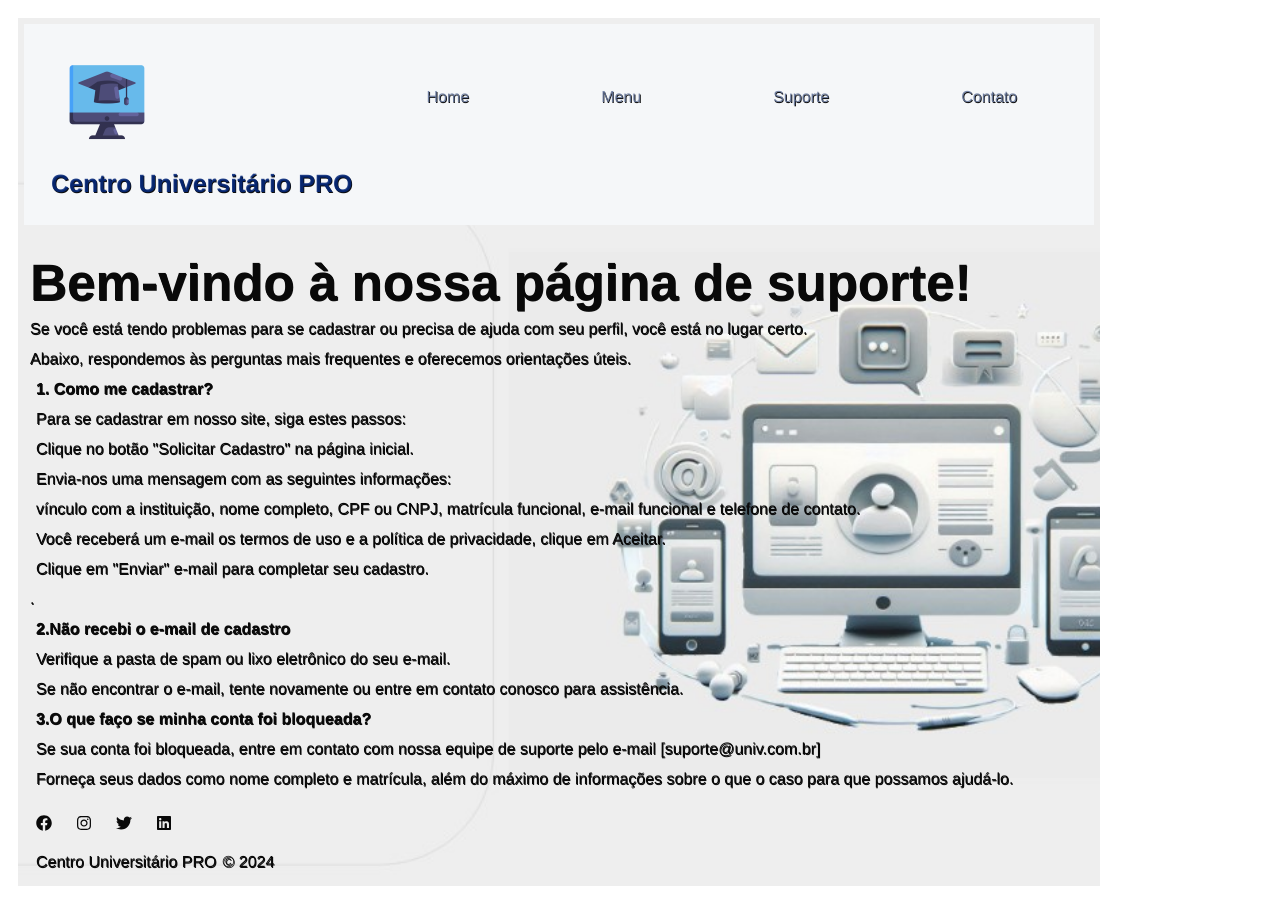
Repository: DanuziaRA/Cadastros-de-Usuarios
Page: /suporte
The author's editor kept a copy of each file at every save. The page is drawn from the files as they stood at one save, then again after the next save.
The browser window is 1280 px wide. The pictures show the whole page.
The project was rebuilt for these pictures with package versions that can differ from the ones it lists, and the page was loaded fresh each time. Also part of the build but not shown: vite.config.js, src/components/Footer.css, src/router/Contact.jsx, src/router/ErrorPage.jsx, src/router/ContactDetails.jsx, src/router/Login.css, src/router/Login.jsx, src/router/Menu.jsx and 10 more.

Above is the page before, as saved 2024-10-02 16:41:33.

### src/main.jsx
import { StrictMode } from 'react'
import { createRoot } from 'react-dom/client'
import App from './App.jsx'
import './index.css'

import {createBrowserRouter, RouterProvider,Navigate} from 'react-router-dom';

  import Contact from './router/Contact.jsx';
  import ErrorPage from './router/ErrorPage.jsx';
  import ContactDetails from './router/ContactDetails.jsx';
  import Login from './router/Login.jsx';
  import Menu from './router/Menu.jsx';
  import Suporte from './router/Suporte.jsx';
  import Forget from './router/Forget.jsx';
  import Atualizar from './router/Atualizar.jsx';
  import Excluir from './router/Excluir.jsx';
  import Cadastro from './router/Cadastro.jsx';
  import Cadastropj from './router/Cadastropj.jsx';
  import Cadastroprof from './router/Cadastroprof.jsx';
  import Cadastroforn from './router/Cadastroforn.jsx';
  import Cadastroaluno from './router/Cadastroaluno.jsx';


  const router = createBrowserRouter([
        {
      path: "/",
      element: <App/>,
      errorElement: <ErrorPage />,
      children: [
        {
          path: "/",
          element:<Login />,
        },
        {
          path: "suporte",
          element:<Suporte />,
        },
        {
          path: "menu",
          element:<Menu />,
        },
        {
          path: "contact",
          element:<Contact />,
        },
        //Nested routes - identificando unico
        {
          path: "/contact/id",
          element: <ContactDetails />,
        },
        {
          path: "forget",
          element: <Forget />,
        },
        {
          path: "atualizar",
          element: <Atualizar />,
        },
        {
          path: "excluir",
          element: <Excluir />,
        },
        {
          path: "cadastropf",
          element: <Cadastro />,
        },
        {
          path: "cadastropj",
          element: <Cadastropj />,
        },
        {
          path: "cadastroprof",
          element: <Cadastroprof />,
        },
        {
          path: "cadastroforn",
          element: <Cadastroforn />,
        },
        {
          path: "cadastroaluno",
          element: <Cadastroaluno />,
        },
        //Navigate para página não existentes
        {
          path: "oldcontact",
          element: <Navigate to="/contact" />,
        },
      ],
    },
    ]);


createRoot(document.getElementById('root')).render(
  <StrictMode>
    <RouterProvider router={router} />
    </StrictMode>,
);

### src/App.jsx
import './App.css'

import { Outlet } from 'react-router-dom';
import Navbar from './components/Navbar';
import Footer from './components/Footer'


function App() {
  return (
      <div className='App'>
        <Navbar />
        <h1></h1>
        <Outlet />
        <Footer />
    </div>
  );
}

export default App;

### src/router/Suporte.jsx
import React from 'react';
import './Suporte.css';

function Suporte() {

    return (
    <div>
        <h1>Bem-vindo à nossa página de suporte!</h1>
        <p>Se você está tendo problemas para se cadastrar ou precisa de ajuda com seu perfil, você está no lugar certo.</p>
        <p>Abaixo, respondemos às perguntas mais frequentes e oferecemos orientações úteis.</p>

        <div>
        <h2>1. Como me cadastrar?</h2>
        <p>Para se cadastrar em nosso site, siga estes passos:</p>
<p>Clique no botão "Solicitar Cadastro" na página inicial.</p>
<p>Envia-nos uma mensagem com as seguintes informações:</p>
<p>vínculo com a instituição, nome completo, CPF ou CNPJ, matrícula funcional, e-mail funcional e telefone de contato.</p>
<p>Você receberá um e-mail os termos de uso e a política de privacidade, clique em Aceitar.</p>
<p>Clique em "Enviar" e-mail para completar seu cadastro.</p>.
</div>

<div>
        <h3>2.Não recebi o e-mail de cadastro</h3>
        <p>Verifique a pasta de spam ou lixo eletrônico do seu e-mail.</p>
        <p> Se não encontrar o e-mail, tente novamente ou entre em contato conosco para assistência.</p>
        </div>

        <div>
        <h4>3.O que faço se minha conta foi bloqueada?</h4>
        <p>Se sua conta foi bloqueada, entre em contato com nossa equipe de suporte pelo e-mail [suporte@univ.com.br]</p>
        <p>Forneça seus dados como nome completo e matrícula, além do máximo de informações sobre o que o caso para que possamos ajudá-lo.</p>
    </div>
    </div>
    )
}

export default Suporte;

### src/App.css
* {
  box-sizing: border-box;
  margin: 6px;
  padding: 0px;
  font-family: Helvetica;
  font-size: 16px;
  text-shadow: #0d0d0d 0.7px 0.7px;
  color:rgb(9, 9, 9)
}
.App{
  display: flex;
  flex-direction: column;
  flex-grow: 1;
  justify-content: center;
  align-items: left;
  background-size: cover;
  background-image: url("src/assets/Fundo minimalista cadastro 4.jpg");
  background-position: center;
  }

### src/components/Navbar.jsx
import { Link } from "react-router-dom"
import logo from './../assets/LOGO novo.png'
import { Component } from "react";
import './Navbar.css';


const Navbar = () => {
    return (
    <nav className="navbar">
        <div className="navbar-logo">
        <Link to="/">
            <img src={logo} alt=""/>
            </Link>
            <h1>Centro Universitário PRO</h1>
            </div>
            <ul className="navbar-links">
            <li><a href="/">Home</a></li>
            <li><a href="/Menu">Menu</a></li>
            <li><a href="/Suporte">Suporte</a></li>
            <li><a href= "/Contact">Contato</a></li>
            </ul>
    </nav>
    )
}

export default Navbar

### src/components/Footer.jsx
import { FaFacebook, FaInstagram,FaTwitter,FaLinkedin } from "react-icons/fa"
import { Link } from "react-router-dom";
import './Footer.css';

function Footer(){
    return (
        <nav>
            <Link to="https://www.facebook.com/?locale=pt_BR">
            < FaFacebook alt=""/>
            </Link>
            <Link to="https://www.instagram.com/">
            < FaInstagram alt=""/>
            </Link>
            <Link to="/">
            < FaTwitter alt=""/>
            </Link>
            <Link to="https://www.linkedin.com.br">
            < FaLinkedin alt=""/>
            </Link>
            <p><span>Centro Universitário PRO</span>&copy; 2024</p>
            </nav>


    );

}
export default Footer

### src/router/Menu.css
nav li{
    width: 30%;
    height: 70%;
    outline: none;
    font-size: 16px;
    color: #070000;
    padding: 10px 20px;
    margin: 30px;
    }
nav li a{
    color: #7a7a7a;
    font-size: 16px;
    text-decoration: none;

}

### src/components/Navbar.css
.navbar{
    display: flex;
    justify-content: space-between;
    padding: 15px;
    align-items: left;
    background-color:rgb(245, 247, 249)

}
.navbar-logo h1{
    color: #06297ae1;
    font-size: 25px;
    align-items: center;


}
.navbar-links {
list-style-type: none;
display: flex;
gap: 20px;
align-items: left;

}
.navbar li{
    display: inline;
    }
.navbar-links li a {
    color: #67789ee1;
    text-decoration: none;
}
.navbar-links li a:hover{
    color:#ddd;
}

Loaded but not shown: index.html (common file); src/index.css (common file)

After the next save:
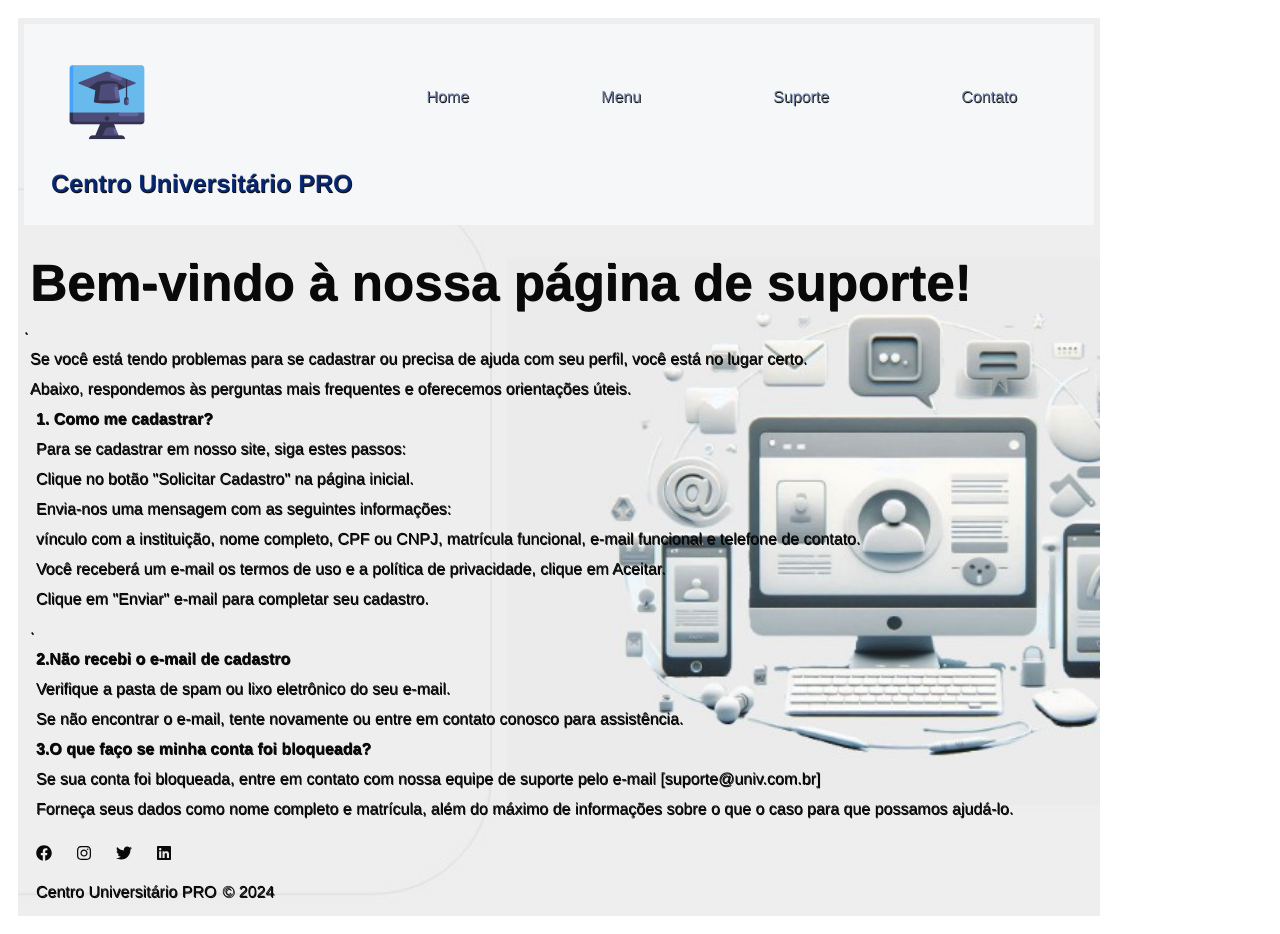
Saved 4 s later.
--- a/src/router/Suporte.jsx
+++ b/src/router/Suporte.jsx
@@ -5,7 +5,7 @@ function Suporte() {
 
     return (
     <div>
-        <h1>Bem-vindo à nossa página de suporte!</h1>
+        <h1>Bem-vindo à nossa página de suporte!</h1>.
         <p>Se você está tendo problemas para se cadastrar ou precisa de ajuda com seu perfil, você está no lugar certo.</p>
         <p>Abaixo, respondemos às perguntas mais frequentes e oferecemos orientações úteis.</p>
 
